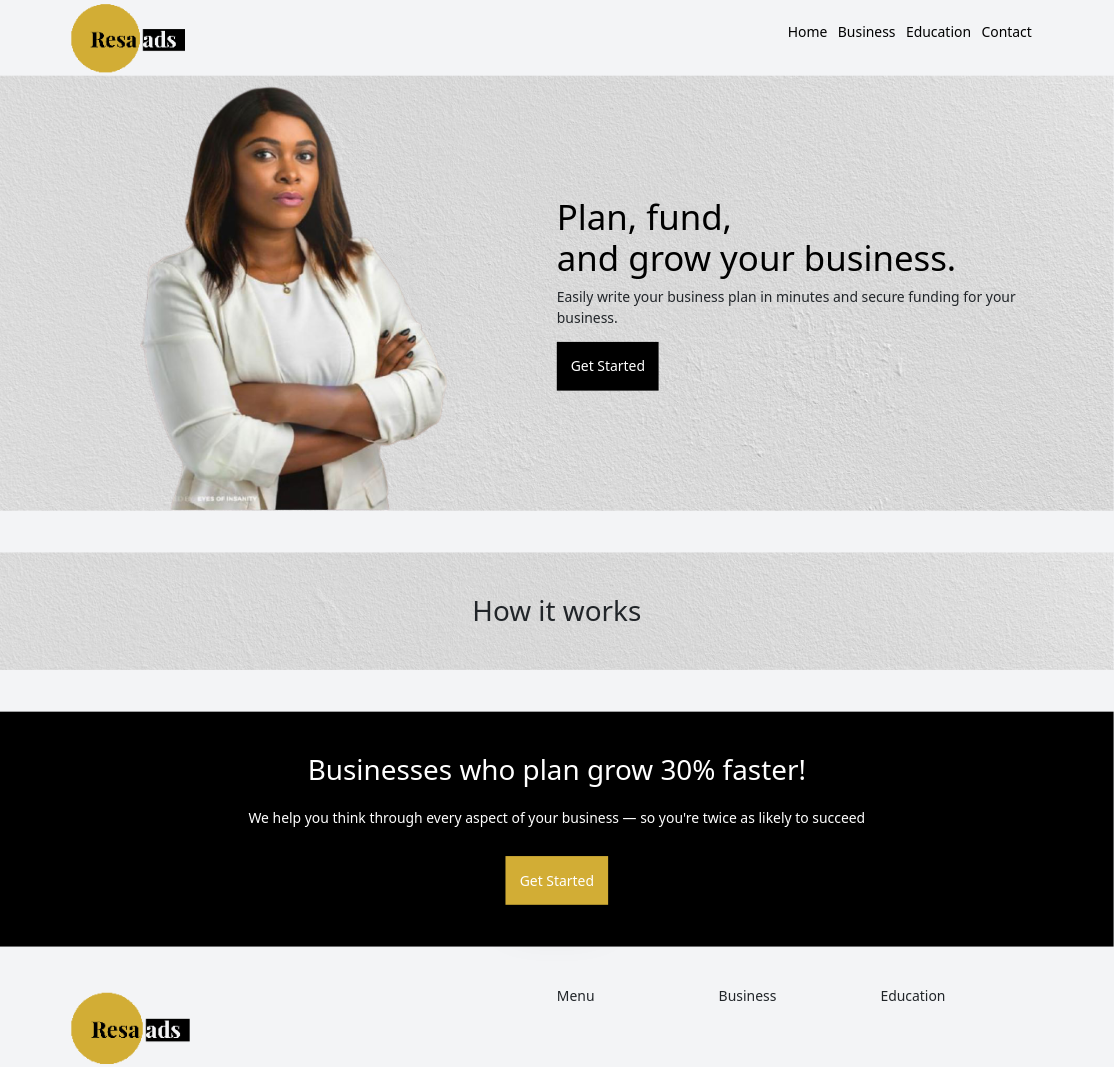
Repository: latenightsnacc/resaads-consults
Page: index.html
An editor plug-in stored every save of this project. The page is shown before and after the next save, followed by the edit.
The browser window is 1280 px wide. The pictures show the whole page, at 87% of full size.
Some web libraries are served in a nearby version.

Above is the page before, as saved 2021-08-05 11:19:30.

After the next save:
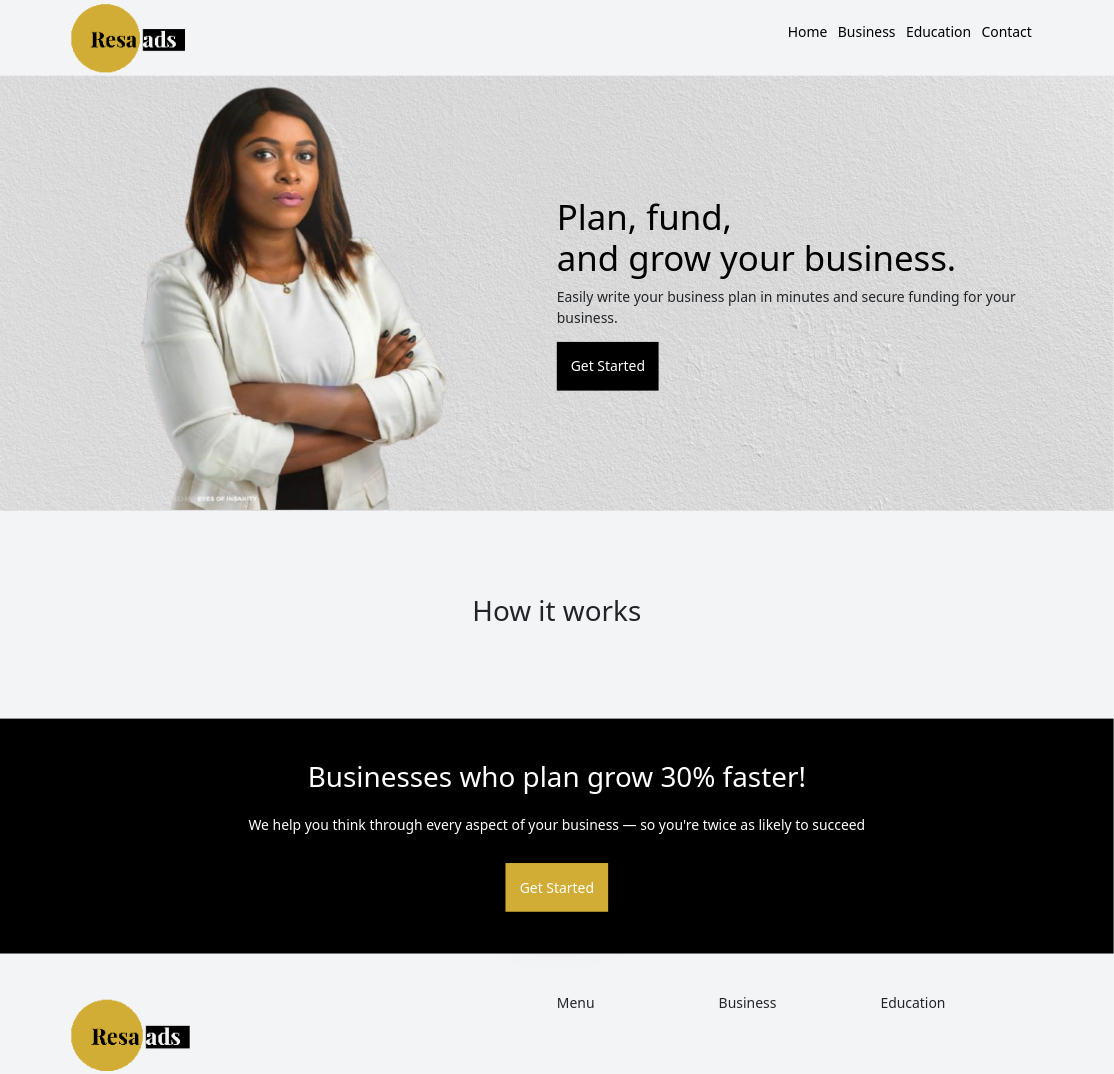
Saved 102 s later.
--- a/index.html
+++ b/index.html
@@ -30,10 +30,7 @@
             background-image: url('assets/images/pexels-lorenzo-242236.jpg');
             background-size: cover;
         }
-        #how-it-works {
-            background-image: url('assets/images/pexels-lorenzo-242236.jpg');
-            background-size: cover;
-        }
+
     </style>
 </head>
 <body class="bg-gray-100">
@@ -83,6 +80,12 @@
         <section id="how-it-works">
             <div class="container">
                 <h2 class="text-center py-5">How it works</h2>
+                <div class="flex flex-row">
+                    <div class="w-1/2">
+                        <img src="" alt="">
+                    </div>
+                    <div class="w-1/2"></div>
+                </div>
             </div>
         </section>
         <!--Spacer-->
@@ -107,7 +110,6 @@
                 <div class="w-1/2">
                     <a href="index.html" class="w-36">
                         <img src="assets/logos/Logo-150px-removebg-preview.png" alt="" class="" data-title="Photo by Kampus Production from Pexels">
-
                     </a>
                 </div>
                 <div class="w-1/2">
